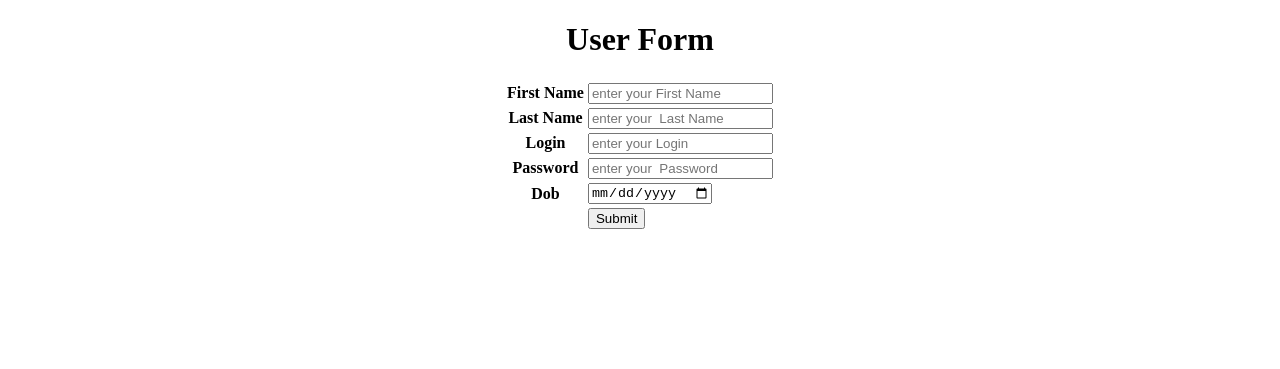
Repository: quaidjohar53/Adv-java
Page: http://localhost/Adv-java_JSPservlet/HelloView.jsp
The author's editor kept a copy of each file at every save. The page is drawn from the files as they stood at one save, then again after the next save.
The browser window is 1280 px wide. The pictures show the whole page.
The page is served by Tomcat 9. Other server files are loaded and not shown.

Above is the page before, as saved 2026-07-17 05:27:40.

### Adv-java_JSPservlet/src/main/webapp/HelloView.jsp
<%@ page language="java" contentType="text/html; charset=UTF-8"
	pageEncoding="UTF-8"%>
<!DOCTYPE html>
<html>
<head>
<meta charset="UTF-8">
<title>Insert title here</title>
</head>
<body>
	<div align="center">
		<h1>User Form</h1>
		<form action="HelloServlet" method="post">
			<table>
				<tr>
					<th>First Name</th>
					<td><input type="text" placeholder="enter your First Name" name="firstname"></td>
				</tr>
				<tr>
					<th>Last Name</th>
					<td><input type="text" placeholder="enter your  Last Name" name="lastname"></td>
				</tr>
				<tr>
					<th>Login</th>
					<td><input type="text" placeholder="enter your Login" name="login"></td>
				</tr>
				<tr>
					<th>Password</th>
					<td><input type="password" placeholder="enter your  Password" name="password"></td>
				</tr>
				<tr>
					<th>Dob</th>
					<td><input type="date" placeholder="enter your Dob" name="dob"></td>
				</tr>
				<tr>
					<th></th>
					<td><input type="submit"></td>
				</tr>
			</table>
		</form>
	</div>
</body>
</html>

After the next save:
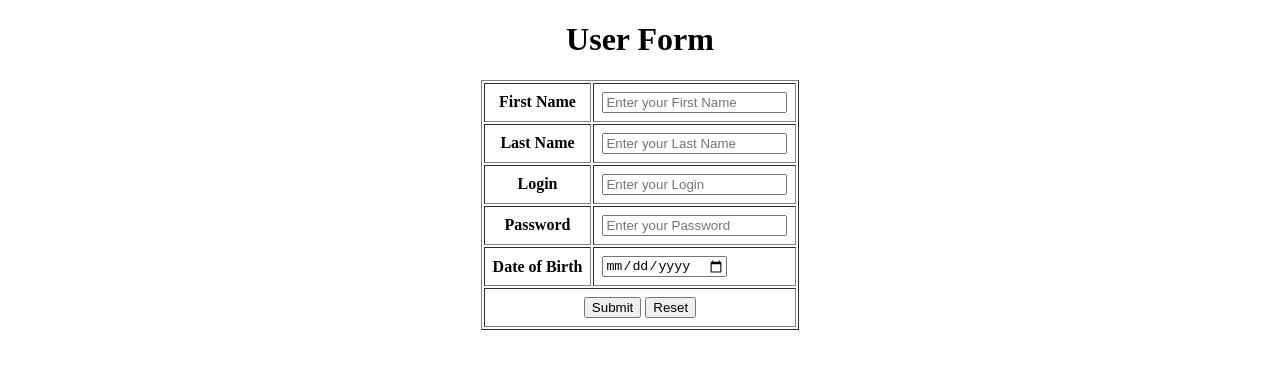
Saved 3 min 38 s later.
--- a/Adv-java_JSPservlet/src/main/webapp/HelloView.jsp
+++ b/Adv-java_JSPservlet/src/main/webapp/HelloView.jsp
@@ -1,42 +1,74 @@
 <%@ page language="java" contentType="text/html; charset=UTF-8"
-	pageEncoding="UTF-8"%>
+    pageEncoding="UTF-8"%>
+
 <!DOCTYPE html>
 <html>
 <head>
 <meta charset="UTF-8">
-<title>Insert title here</title>
+<title>Hello View</title>
 </head>
+
 <body>
-	<div align="center">
-		<h1>User Form</h1>
-		<form action="HelloServlet" method="post">
-			<table>
-				<tr>
-					<th>First Name</th>
-					<td><input type="text" placeholder="enter your First Name" name="firstname"></td>
-				</tr>
-				<tr>
-					<th>Last Name</th>
-					<td><input type="text" placeholder="enter your  Last Name" name="lastname"></td>
-				</tr>
-				<tr>
-					<th>Login</th>
-					<td><input type="text" placeholder="enter your Login" name="login"></td>
-				</tr>
-				<tr>
-					<th>Password</th>
-					<td><input type="password" placeholder="enter your  Password" name="password"></td>
-				</tr>
-				<tr>
-					<th>Dob</th>
-					<td><input type="date" placeholder="enter your Dob" name="dob"></td>
-				</tr>
-				<tr>
-					<th></th>
-					<td><input type="submit"></td>
-				</tr>
-			</table>
-		</form>
-	</div>
+
+<div align="center">
+
+    <h1>User Form</h1>
+
+    <form action="HelloServlet" method="post">
+
+        <table border="1" cellpadding="8">
+
+            <tr>
+                <th>First Name</th>
+                <td>
+                    <input type="text" name="firstname"
+                        placeholder="Enter your First Name">
+                </td>
+            </tr>
+
+            <tr>
+                <th>Last Name</th>
+                <td>
+                    <input type="text" name="lastname"
+                        placeholder="Enter your Last Name">
+                </td>
+            </tr>
+
+            <tr>
+                <th>Login</th>
+                <td>
+                    <input type="text" name="login"
+                        placeholder="Enter your Login">
+                </td>
+            </tr>
+
+            <tr>
+                <th>Password</th>
+                <td>
+                    <input type="password" name="password"
+                        placeholder="Enter your Password">
+                </td>
+            </tr>
+
+            <tr>
+                <th>Date of Birth</th>
+                <td>
+                    <input type="date" name="dob">
+                </td>
+            </tr>
+
+            <tr>
+                <td colspan="2" align="center">
+                    <input type="submit" value="Submit">
+                    <input type="reset" value="Reset">
+                </td>
+            </tr>
+
+        </table>
+
+    </form>
+
+</div>
+
 </body>
 </html>
